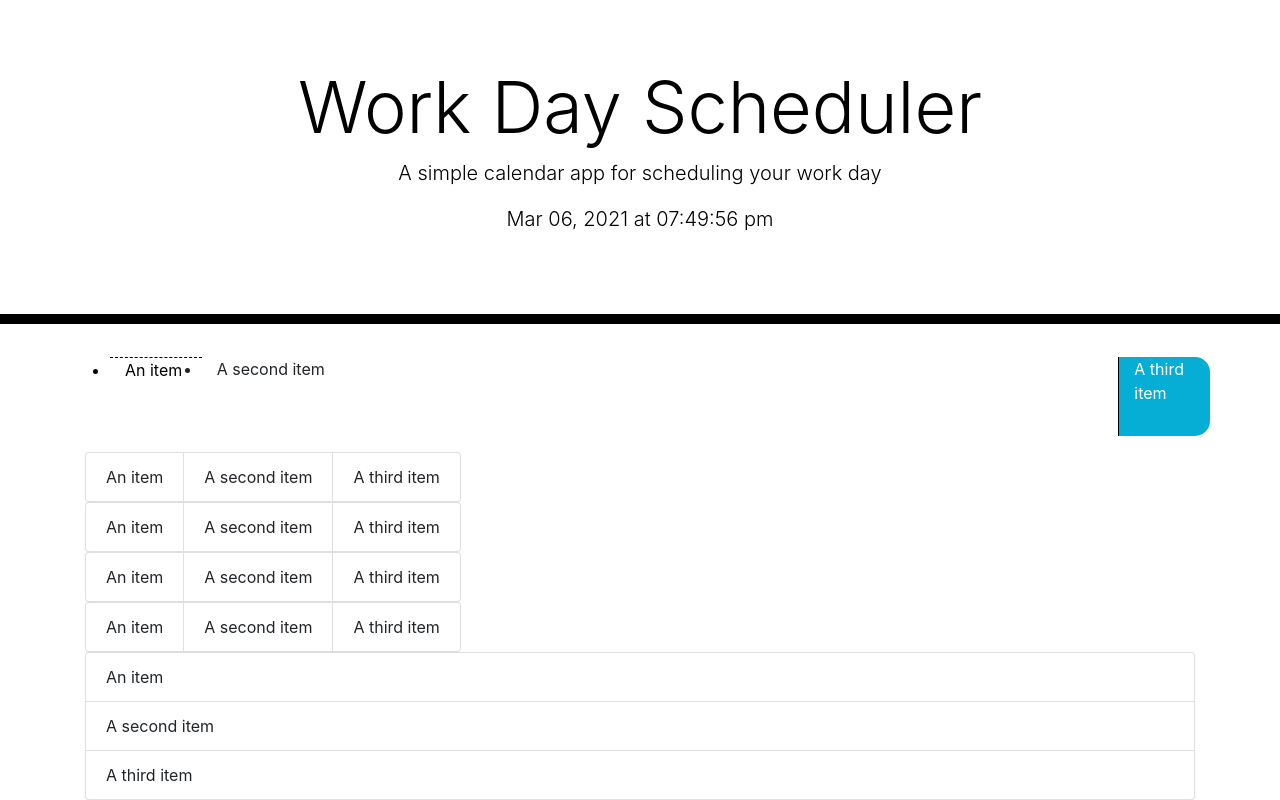
Repository: ziffoit/Work-Day_Scheduler
Page: Develop/index.html
An editor plug-in stored every save of this project. The page is shown before and after the next save, followed by the edit.
The browser window is 1280 px wide. The pictures show the whole page.
Some web libraries are served in a nearby version.

Above is the page before, as saved 2021-03-17 12:12:26.

### Develop/index.html
<!DOCTYPE html>
<html lang="en">
  <head>
    <meta charset="UTF-8" />
    <meta name="viewport" content="width=device-width, initial-scale=1.0" />
    <meta http-equiv="X-UA-Compatible" content="ie=edge" />
    <link
      rel="stylesheet"
      href="https://stackpath.bootstrapcdn.com/bootstrap/4.3.1/css/bootstrap.min.css"
    />
    <link
      rel="stylesheet"
      href="https://use.fontawesome.com/releases/v5.8.1/css/all.css"
      integrity="sha384-50oBUHEmvpQ+1lW4y57PTFmhCaXp0ML5d60M1M7uH2+nqUivzIebhndOJK28anvf"
      crossorigin="anonymous"
    />
    <link
      href="https://fonts.googleapis.com/css?family=Open+Sans&display=swap"
      rel="stylesheet"
    />
    <link rel="stylesheet" href="style.css" />
    <title>Work Day Scheduler</title>
  </head>

  <body>
    <header class="jumbotron">
      <h1 class="display-3">Work Day Scheduler</h1>
      <p class="lead">A simple calendar app for scheduling your work day</p>
      <p id="currentDay" class="lead"></p>
    </header>
    <div class="container">
      <ul class="row">
        <li class="col-1 hour">An item</li>
        <li class="col-10 description">A second item</li>
        <li class="col-1 saveBtn">A third item</li>
      </ul>
      <ul class="list-group list-group-horizontal-sm">
        <li class="list-group-item">An item</li>
        <li class="list-group-item">A second item</li>
        <li class="list-group-item">A third item</li>
      </ul>
      <ul class="list-group list-group-horizontal-md">
        <li class="list-group-item">An item</li>
        <li class="list-group-item">A second item</li>
        <li class="list-group-item">A third item</li>
      </ul>
      <ul class="list-group list-group-horizontal-lg">
        <li class="list-group-item">An item</li>
        <li class="list-group-item">A second item</li>
        <li class="list-group-item">A third item</li>
      </ul>
      <ul class="list-group list-group-horizontal-xl">
        <li class="list-group-item">An item</li>
        <li class="list-group-item">A second item</li>
        <li class="list-group-item">A third item</li>
      </ul>
      <ul class="list-group list-group-horizontal-xxl">
        <li class="list-group-item">An item</li>
        <li class="list-group-item">A second item</li>
        <li class="list-group-item">A third item</li>
      </ul>
      <!-- Timeblocks go here -->
    </div>

    <script src="https://cdnjs.cloudflare.com/ajax/libs/jquery/3.2.1/jquery.min.js"></script>
    <script src="https://cdnjs.cloudflare.com/ajax/libs/moment.js/2.24.0/moment.min.js"></script>
    <script src="script.js"></script>
  </body>
</html>

### Develop/style.css
.hourbody {
  font-family: "Open Sans", sans-serif;
  font-size: 16px;
  line-height: 1;
}

.textarea {
  background: transparent;
  border: none;
  resize: none;
  color: #000000;
  border-left: 1px solid black;
  padding: 10px;
}

.jumbotron {
  text-align: center;
  background-color: transparent;
  color: black;
  border-radius: 0;
  border-bottom: 10px solid black;
}

.description {
  white-space: pre-wrap;
}

.time-block {
  text-align: center;
  border-radius: 15px;
}

.row {
  white-space: pre-wrap;
  height: 80px;
  border-top: 1px solid white;
}

.hour {
  background-color: #ffffff;
  color: #000000;
  border-top: 1px dashed #000000;
}

.past {
  background-color: #d3d3d3;
  color: white;
}

.present {
  background-color: #ff6961;
  color: white;
}

.future {
  background-color: #77dd77;
  color: white;
}

.saveBtn {
  border-left: 1px solid black;
  border-top-right-radius: 15px;
  border-bottom-right-radius: 15px;
  background-color: #06aed5;
  color: white;
}

.saveBtn i:hover {
  font-size: 20px;
  transition: all 0.3s ease-in-out;
}

### Develop/script.js
var currentDay = $('#currentDay')

function dateAndTime() {
    var rightNow = moment().format('MMM DD, YYYY [at] hh:mm:ss a');
    currentDay.text(rightNow);
  }

  setInterval(dateAndTime, 1000)

After the next save:
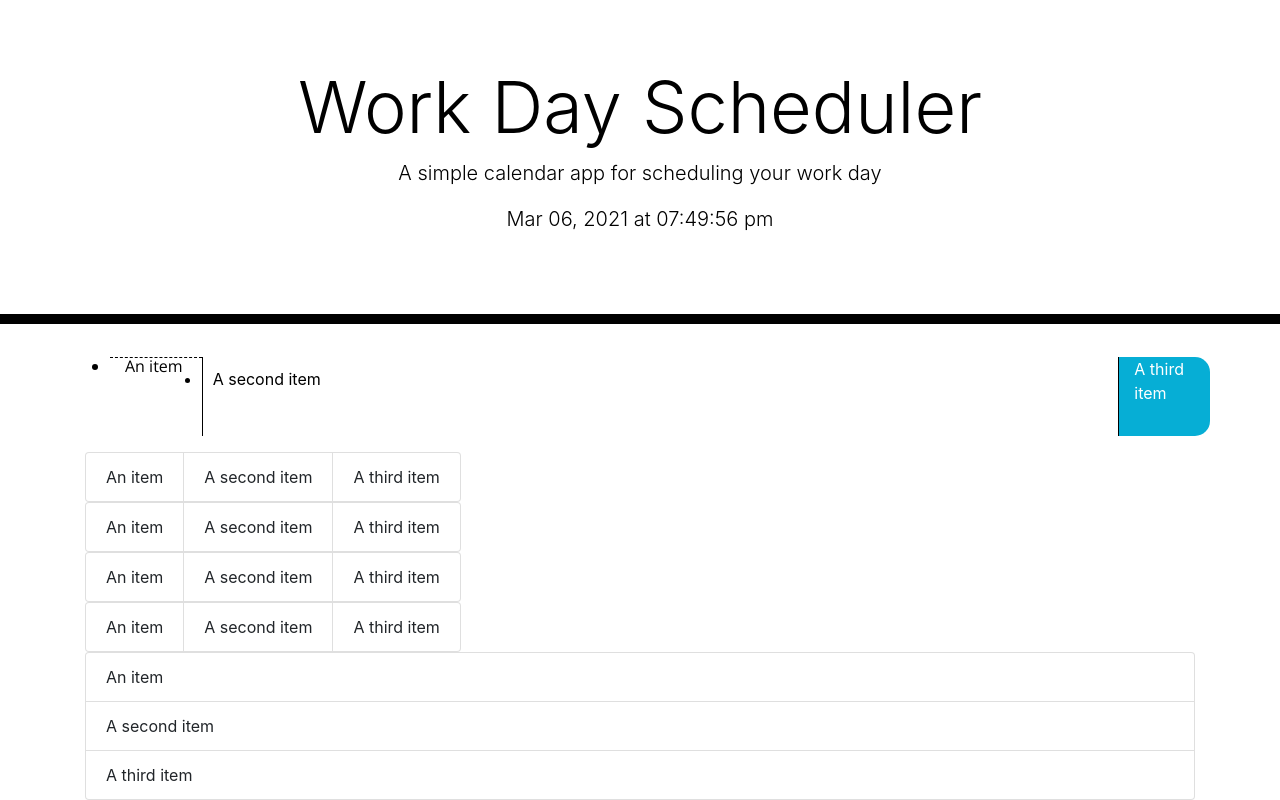
Saved 17 s later.
--- a/Develop/index.html
+++ b/Develop/index.html
@@ -30,8 +30,8 @@
     </header>
     <div class="container">
       <ul class="row">
-        <li class="col-1 hour">An item</li>
-        <li class="col-10 description">A second item</li>
+        <li class="col-1 hour hourbody">An item</li>
+        <li class="col-10 description textarea">A second item</li>
         <li class="col-1 saveBtn">A third item</li>
       </ul>
       <ul class="list-group list-group-horizontal-sm">
